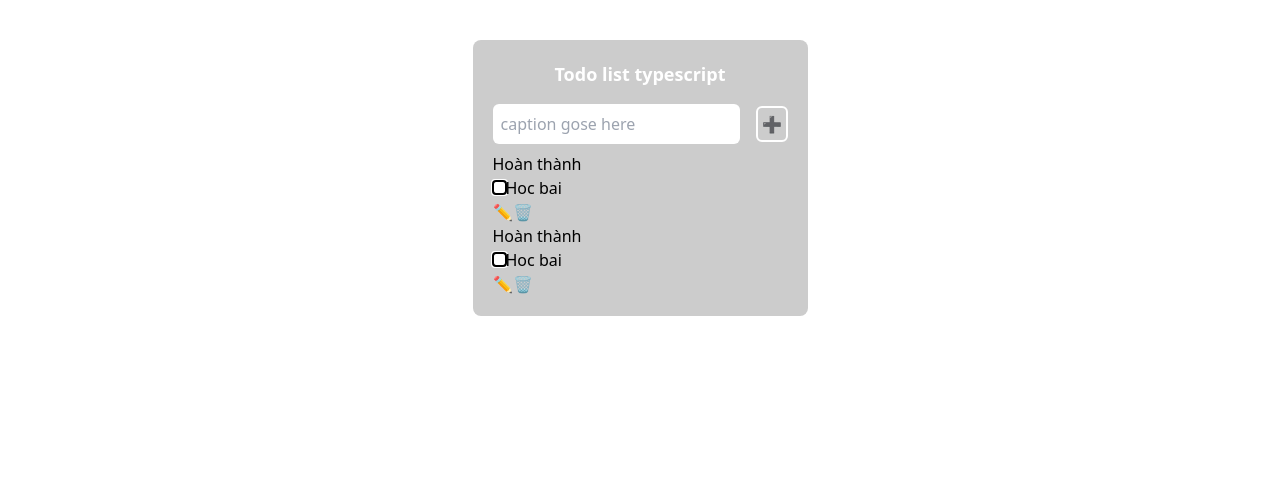
Repository: VIET-TU/react-super-main
Page: / (app in todolist-mybuild/)
The author's editor kept a copy of each file at every save. The page is drawn from the files as they stood at one save, then again after the next save.
The browser window is 1280 px wide. The pictures show the whole page.
The project was rebuilt for these pictures with package versions that can differ from the ones it lists, and the page was loaded fresh each time. Also part of the build but not shown: todolist-mybuild/vite.config.ts.

Above is the page before, as saved 2023-05-16 06:55:23.

### todolist-mybuild/src/App.tsx
import TodoList from './components/TodoLists'

function App() {
  return (
    <>
      <TodoList></TodoList>
    </>
  )
}

export default App

### todolist-mybuild/src/index.css
@tailwind base;
@tailwind components;
@tailwind utilities;

input {
  outline: auto;
}

### todolist-mybuild/src/components/TodoLists/index.ts
import TodoList from './TodoList'

export default TodoList

### todolist-mybuild/src/components/TodoLists/TodoList.tsx
import { Todo } from '../../@types/todos.types'
import TaskInput from '../TaskInput'
import TaskList from '../TaskList'
import { useEffect, useState } from 'react'

const TodoList = () => {
  const [todos, setTodos] = useState<Todo[]>([])
  const [currentTodo, setCurrentTodo] = useState<Todo | null>(null)
  const doneTodos = todos.filter((todo) => todo.done)
  const notdoneTodos = todos.filter((todo) => !todo.done)

  useEffect(() => {
    const todosString = localStorage.getItem('todos')
    const todosObj: Todo[] = JSON.parse(todosString || '[]')
    setTodos(todosObj)
  }, [])

  const addTodo = (name: string): void => {
    const todo: Todo = {
      name,
      done: false,
      id: new Date().toISOString()
    }
    setTodos((pre) => [...pre, todo])
    const todosString = localStorage.getItem('todos')
    const todosObj: Todo[] = JSON.parse(todosString || '[]')
    const newTodoObj = [...todosObj, todo]
    localStorage.setItem('todos', JSON.stringify(newTodoObj))
  }

  const handleDoneTodo = (id: string, done: boolean) => {
    setTodos((prev) => {
      return prev.map((todo) => {
        if (todo.id === id) {
          return { ...todo, done }
        }
        return todo
      })
    })
  }

  const startEditTodo = (id: string) => {
    const findedTodo = todos.find((todo) => todo.id === id)
    if (findedTodo) {
      setCurrentTodo(findedTodo)
    }
  }

  const editTodo = (name: string) => {
    setCurrentTodo((prev) => {
      if (prev) {
        return { ...prev, name }
      }
      return prev
    })
  }

  const finishEditTodo = () => {
    setTodos((prev) => {
      return prev.map((todo) => {
        if (todo.id === (currentTodo as Todo).id) {
          return currentTodo as Todo
        }
        return todo
      })
    })
    setCurrentTodo(null)
  }

  const deleteTodo = (id: string) => {
    if (currentTodo) {
      setCurrentTodo(null)
    }

    setTodos((prev) => {
      const findedIndexTodo = prev.findIndex((todo) => todo.id === id)
      if (findedIndexTodo > -1) {
        const result = [...prev]
        result.splice(findedIndexTodo, 1) // delete 1 elem in array
        return result
      }
      return prev
    })
  }

  return (
    <div className='p-[20px] rounded-lg bg-[#ccc] max-w-max mx-auto my-10'>
      <TaskInput
        editTodo={editTodo}
        addTodo={addTodo}
        currentTodo={currentTodo}
        finishEditTodo={finishEditTodo}
      ></TaskInput>
      <TaskList
        handleDoneTodo={handleDoneTodo}
        todos={notdoneTodos}
        doneTaskList={false}
        startEditTodo={startEditTodo}
        deleteTodo={deleteTodo}
      />
      <TaskList
        handleDoneTodo={handleDoneTodo}
        todos={doneTodos}
        doneTaskList={true}
        startEditTodo={startEditTodo}
        deleteTodo={deleteTodo}
      />
    </div>
  )
}

export default TodoList

### todolist-mybuild/src/components/TaskInput/index.ts
import TaskInput from './TaskInput'

export default TaskInput

### todolist-mybuild/src/components/TaskInput/TaskInput.tsx
import React from 'react'

const TaskInput = () => {
  return (
    <div className='mb-2'>
      <h1 className='mb-4 text-lg font-bold text-white text-[20px] text-center'>Todo list typescript</h1>
      <form placeholder='enter your text'>
        <input className='p-2 mr-4 rounded-md outline-0' type='text' placeholder='caption gose here' />
        <button type='submit' className='p-1 border-2 border-white rounded-md'>
          ➕
        </button>
      </form>
    </div>
  )
}

export default TaskInput

### todolist-mybuild/src/components/TaskList/TaskList.tsx
import React from 'react'

const TaskList = () => {
  return (
    <div>
      <h2>Hoàn thành</h2>
      <div className='tasks '>
        <div className='task'>
          <input type='checkbox' name='' id=' ' />
          <span>Hoc bai</span>
          <div className=''>
            <button>✏️</button>
            <button>🗑️</button>
          </div>
        </div>
      </div>
    </div>
  )
}

export default TaskList

Loaded but not shown: todolist-mybuild/index.html (common file); todolist-mybuild/src/main.tsx (common file); todolist-mybuild/src/components/TaskList/index.ts (common file); todolist-mybuild/tailwind.config.js (common file)

After the next save:
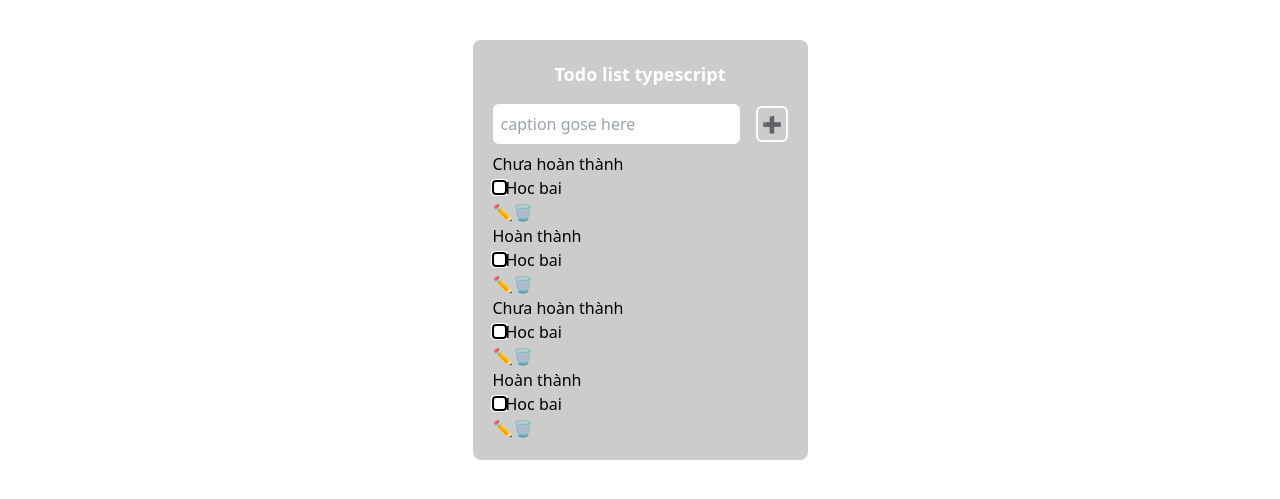
Saved 2 min 8 s later.
--- a/todolist-mybuild/src/components/TaskList/TaskList.tsx
+++ b/todolist-mybuild/src/components/TaskList/TaskList.tsx
@@ -3,14 +3,29 @@ import React from 'react'
 const TaskList = () => {
   return (
     <div>
-      <h2>Hoàn thành</h2>
-      <div className='tasks '>
-        <div className='task'>
-          <input type='checkbox' name='' id=' ' />
-          <span>Hoc bai</span>
-          <div className=''>
-            <button>✏️</button>
-            <button>🗑️</button>
+      <div className='unfinish'>
+        <h2>Chưa hoàn thành</h2>
+        <div className='tasks '>
+          <div className='task'>
+            <input type='checkbox' name='' id=' ' />
+            <span>Hoc bai</span>
+            <div className=''>
+              <button>✏️</button>
+              <button>🗑️</button>
+            </div>
+          </div>
+        </div>
+      </div>
+      <div className='finish'>
+        <h2>Hoàn thành</h2>
+        <div className='tasks '>
+          <div className='task'>
+            <input type='checkbox' name='' id=' ' />
+            <span>Hoc bai</span>
+            <div className=''>
+              <button>✏️</button>
+              <button>🗑️</button>
+            </div>
           </div>
         </div>
       </div>
